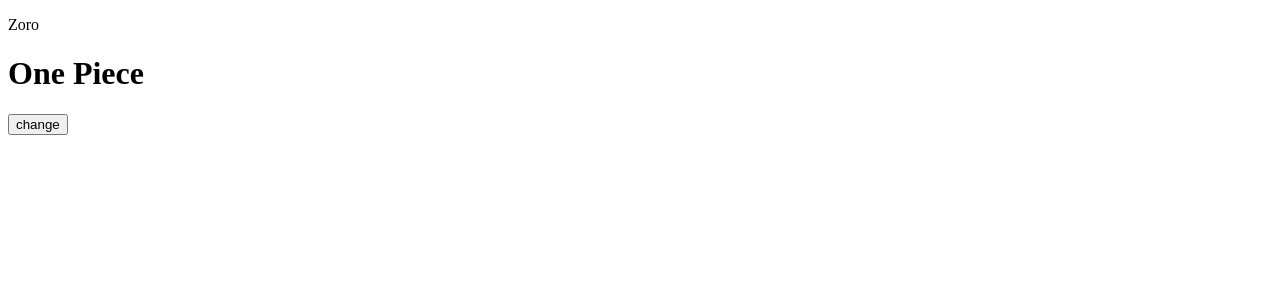
Repository: Haakim19/JavaScript
Page: index.html
The author's editor kept a copy of each file at every save. The page is drawn from the files as they stood at one save, then again after the next save.
The browser window is 1280 px wide. The pictures show the whole page.
After loading, the first visible `button` was clicked once.

Above is the page before, as saved 2024-10-13 10:38:21.

After the next save:
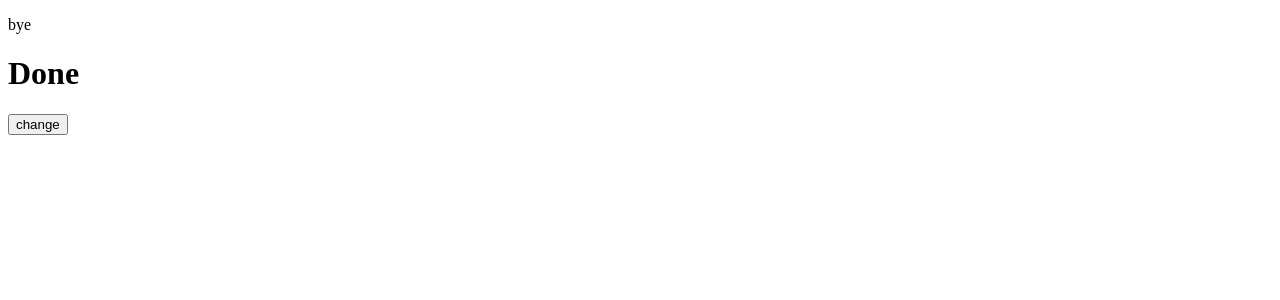
Saved 86 s later.
--- a/index.html
+++ b/index.html
@@ -23,7 +23,8 @@
 
         //ivent handling
         function change(){
-            heading.textContent = 'One Piece'
+            paragraph.textContent = 'bye'
+            heading.textContent = 'Done'
         }
 
     </script>
